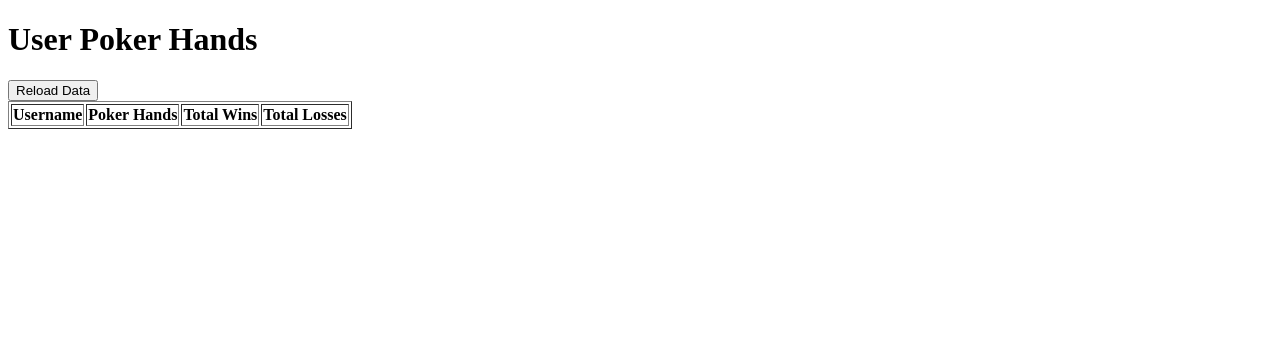
Repository: KidBillionaire/newapp
Page: public/index.html
An editor plug-in stored every save of this project. The page is shown before and after the next save, followed by the edit.
The browser window is 1280 px wide. The pictures show the whole page.
The page's requests for data from a server got no answer.

Above is the page before, as saved 2024-10-10 15:44:35.

### public/index.html
<!DOCTYPE html>
<html lang="en">
<head>
  <meta charset="UTF-8">
  <meta name="viewport" content="width=device-width, initial-scale=1.0">
  <title>User Poker Hands</title>
  <script defer src="/js/app.js"></script>
</head>
<body>
  <h1>User Poker Hands</h1>
  <button id="reloadButton">Reload Data</button> <!-- New Button Element -->
  <table id="userTable" border="1">
    <thead>
      <tr>
        <th>Username</th>
        <th>Poker Hands</th>
        <th>Total Wins</th>
        <th>Total Losses</th>
      </tr>
    </thead>
    <tbody></tbody> <!-- This will be filled dynamically -->
  </table>
</body>
</html>

### public/js/app.js
// public/js/app.js

// Wait for the DOM content to fully load
document.addEventListener('DOMContentLoaded', () => {
  // Function to fetch user data and render it in the table
  async function fetchUserData() {
    try {
      // Fetch the data from the backend
      const response = await fetch('/users');
      const users = await response.json();

      // Get the table body element
      const tableBody = document.querySelector('#userTable tbody');

      // Clear any existing rows
      tableBody.innerHTML = '';

      // Iterate over each user and create a row
      users.forEach(user => {
        // Create a new table row element
        const row = document.createElement('tr');

        // Populate the row with user data
        row.innerHTML = `
          <td>${user.username}</td>
          <td>${user.pokerHands.map(hand => `${hand.hand} (${hand.result})`).join(', ')}</td>
          <td>${user.totalWins}</td>
          <td>${user.totalLosses}</td>
        `;

        // Append the row to the table body
        tableBody.appendChild(row);
      });
    } catch (error) {
      console.error('Error fetching user data:', error);
    }
  }

  // Fetch and display the user data when the page loads
  fetchUserData();
});

After the next save:
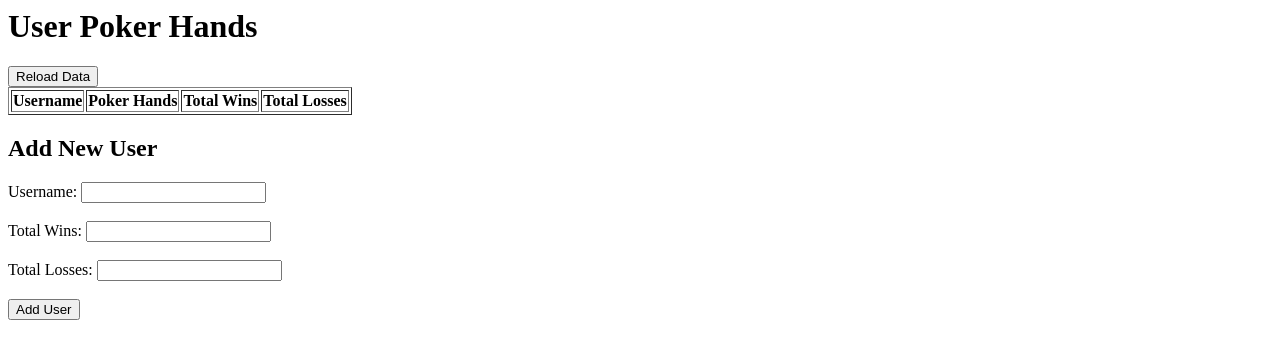
Saved 14 s later.
--- a/public/index.html
+++ b/public/index.html
@@ -1,24 +1,30 @@
-<!DOCTYPE html>
-<html lang="en">
-<head>
-  <meta charset="UTF-8">
-  <meta name="viewport" content="width=device-width, initial-scale=1.0">
-  <title>User Poker Hands</title>
-  <script defer src="/js/app.js"></script>
-</head>
 <body>
-  <h1>User Poker Hands</h1>
-  <button id="reloadButton">Reload Data</button> <!-- New Button Element -->
-  <table id="userTable" border="1">
-    <thead>
-      <tr>
-        <th>Username</th>
-        <th>Poker Hands</th>
-        <th>Total Wins</th>
-        <th>Total Losses</th>
-      </tr>
-    </thead>
-    <tbody></tbody> <!-- This will be filled dynamically -->
-  </table>
-</body>
-</html>
+    <h1>User Poker Hands</h1>
+    <button id="reloadButton">Reload Data</button>
+    <table id="userTable" border="1">
+      <thead>
+        <tr>
+          <th>Username</th>
+          <th>Poker Hands</th>
+          <th>Total Wins</th>
+          <th>Total Losses</th>
+        </tr>
+      </thead>
+      <tbody></tbody> <!-- This will be filled dynamically -->
+    </table>
+
+    <!-- New User Form -->
+    <h2>Add New User</h2>
+    <form id="addUserForm">
+      <label for="username">Username:</label>
+      <input type="text" id="username" name="username" required>
+      <br><br>
+      <label for="wins">Total Wins:</label>
+      <input type="number" id="wins" name="wins" required>
+      <br><br>
+      <label for="losses">Total Losses:</label>
+      <input type="number" id="losses" name="losses" required>
+      <br><br>
+      <button type="submit">Add User</button>
+    </form>
+  </body>
